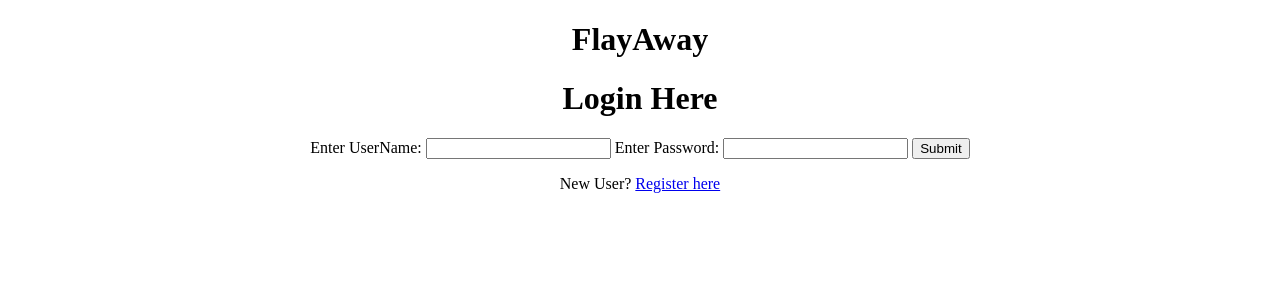
Repository: KartikMuchakandimath/Flyaway
Page: http://localhost/FlayAway/Login.jsp
These files come from the project's save history. The page is drawn as it stood at one moment and after the next save; the edit follows.
The browser window is 1280 px wide. The pictures show the whole page.
The page is served by Tomcat 9. Other server files are loaded and not shown.

Above is the page before, as saved 2022-04-22 11:12:46.

### FlayAway/src/main/webapp/Login.jsp
<%@ page language="java" contentType="text/html; charset=ISO-8859-1"
    pageEncoding="ISO-8859-1"%>
<!DOCTYPE html>
<html>
<head>
<meta charset="ISO-8859-1">
<title>Insert title here</title>
</head>
<body>
<center>
<div class="head">
<h1>FlayAway</h1>
</div>

<div class ="Login-box">
<div>
<h1>Login Here</h1>

</div>
<form action="LoginServlet" method="post">
Enter UserName: <input type=" email"  name="email" required="required">
Enter Password: <input type=" password"  name="password" required="required">
<button type="submit">Submit</button>
<p>
			New User? <a href="Registration.jsp">Register here</a>
		</p>

</form>

</div>
</center>

</body>
</html>

After the next save:
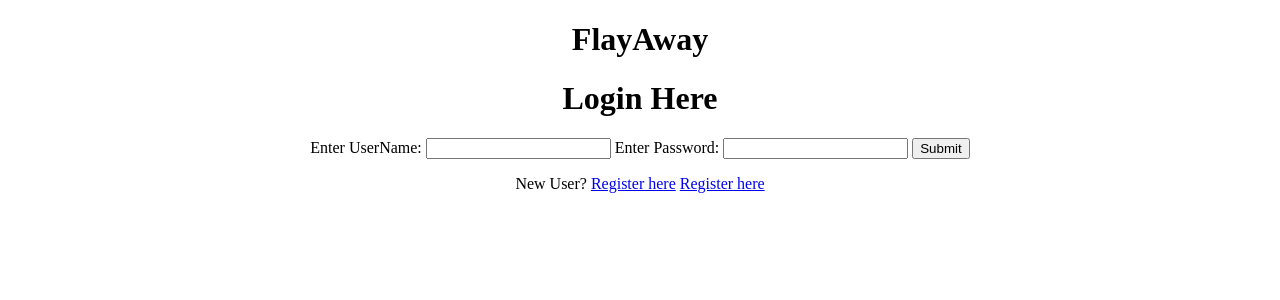
Saved 3 min 32 s later.
--- a/FlayAway/src/main/webapp/Login.jsp
+++ b/FlayAway/src/main/webapp/Login.jsp
@@ -23,6 +23,7 @@ Enter Password: <input type=" password"  name="password" required="required">
 <button type="submit">Submit</button>
 <p>
 			New User? <a href="Registration.jsp">Register here</a>
+			<a href="FlightDetails.jsp">Register here</a>
 		</p>
 
 </form>
